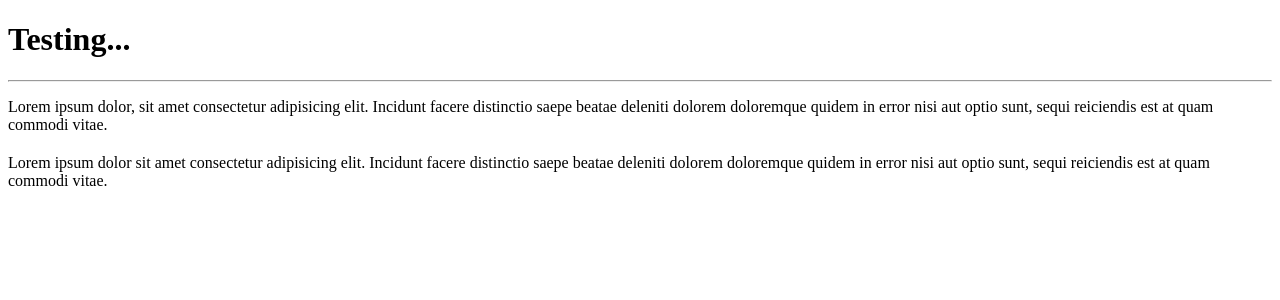
Repository: MarcioFreitasUFSC21/Proejct00
Page: ExampleSite/Assets/index2.html
The author's editor kept a copy of each file at every save. The page is drawn from the files as they stood at one save, then again after a run of saves.
The browser window is 1280 px wide. The pictures show the whole page.

Above is the page before, as saved 2023-03-18 16:58:30.

After the next 6 saves:
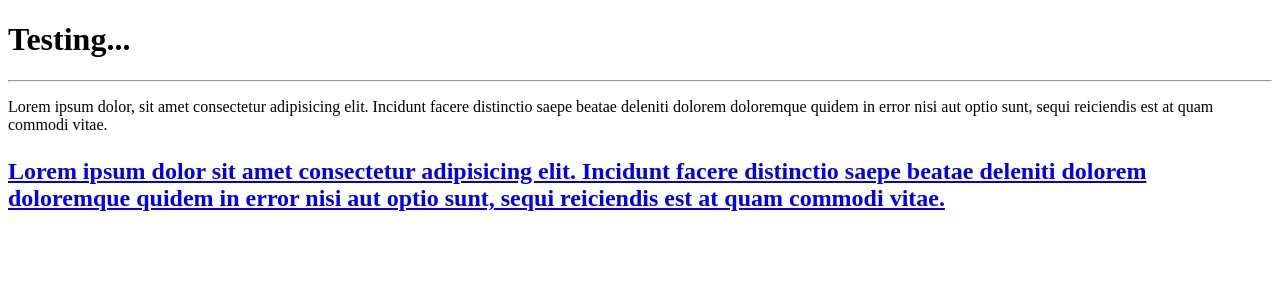
The 6 saves are shown as one change because they came seconds apart.
The last was saved 20 s later.
--- a/ExampleSite/Assets/index2.html
+++ b/ExampleSite/Assets/index2.html
@@ -12,7 +12,7 @@
     <p> Lorem ipsum dolor, sit amet consectetur adipisicing elit. Incidunt facere distinctio saepe beatae deleniti dolorem doloremque quidem in error nisi aut optio sunt, sequi reiciendis est at quam commodi vitae.</p>
     <section>
         <div>
-            <h1></h1>
+            <h1> <a href ="#"</h1>
 
 
 
